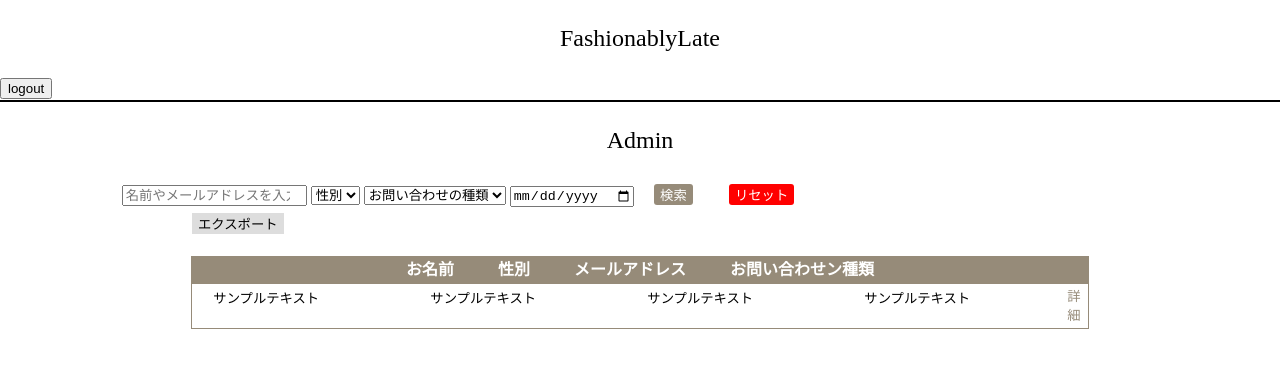
Repository: mayu-ya/test_form
Page: http://localhost/
The author's editor kept a copy of each file at every save. The page is drawn from the files as they stood at one save, then again after the next save.
The browser window is 1280 px wide. The pictures show the whole page.
The page is served by the project's Laravel application, run on PHP 8.4 with Laravel 8.

Above is the page before, as saved 2026-01-17 23:11:57.

After the next save:
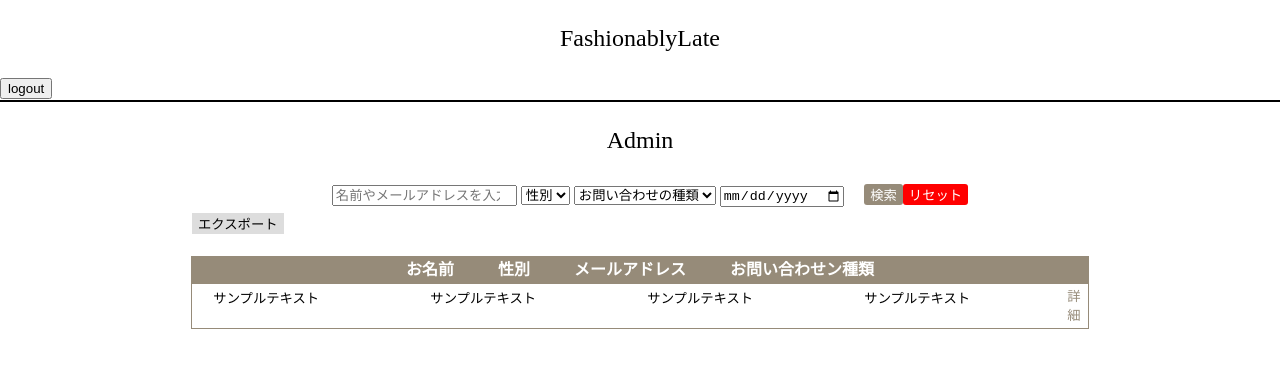
Saved 2 min 31 s later.
--- a/src/public/css/admin.css
+++ b/src/public/css/admin.css
@@ -15,11 +15,9 @@
     display: flex;
     align-items: center;
     justify-content: center;
-    width: 70%;
 }
 
 .form__search {
-    width: 70%;
     display: flex;
     align-items: center;
 }
